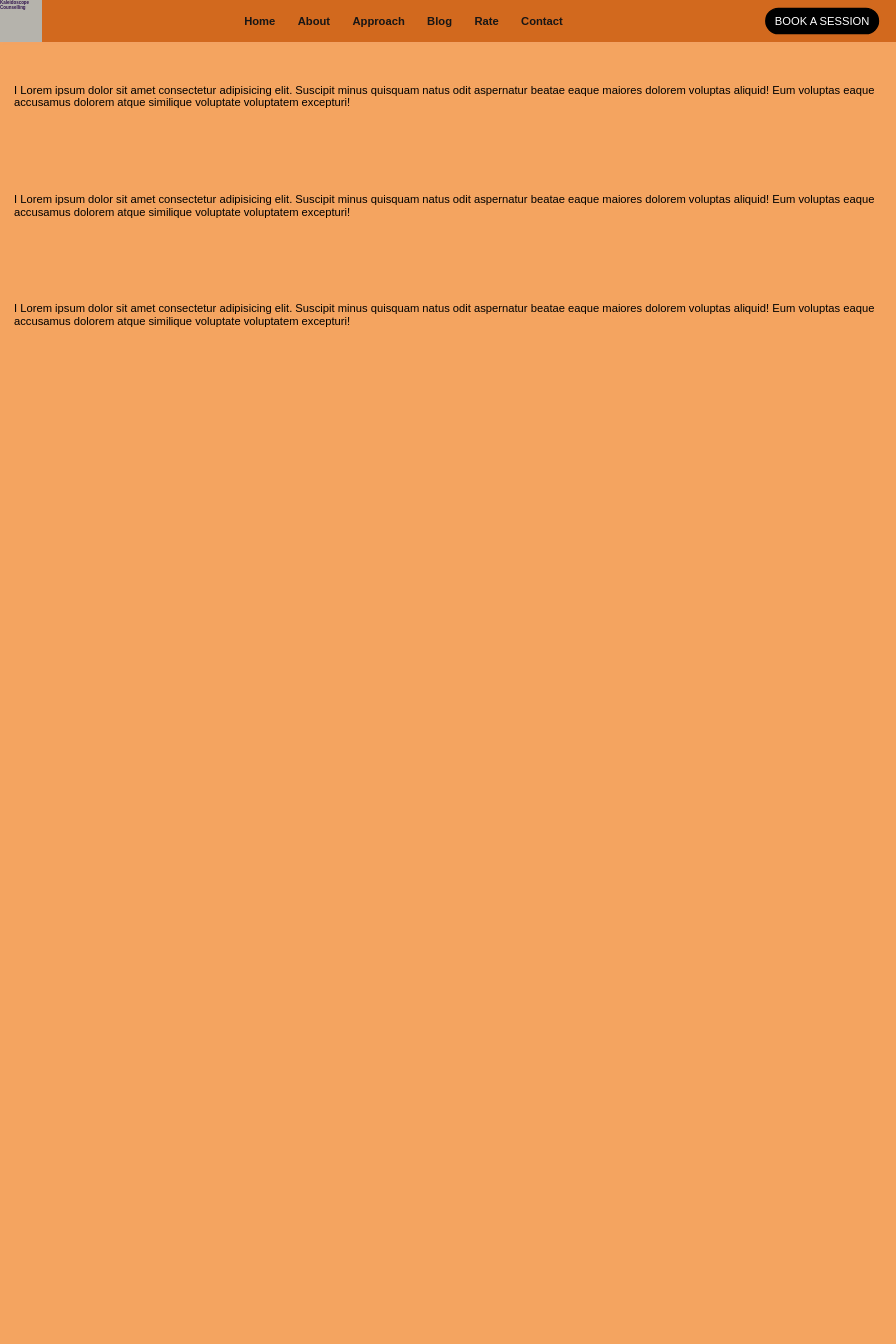
Repository: voutadi/Project1
Page: index.html
The author's editor kept a copy of each file at every save. The page is drawn from the files as they stood at one save, then again after a run of saves.
The browser window is 1280 px wide. The pictures show the part of the page from y = 0 to 1920 px (the page is 3120 px tall), at 70% of full size.

Above is the page before, as saved 2024-08-05 00:11:08.

### index.html
<!DOCTYPE html>
<html lang="en">
  <head>
    <meta charset="UTF-8" />
    <meta name="viewport" content="width=device-width, initial-scale=1.0" />
    <link rel="stylesheet" href="styles/style.css" />

    <title>Kaleidoscope Counselling</title>
  </head>
  <body>
    <header>
      <div class="logo-container">
        <div class="logo">
          Kaleidoscope <br />
          Counselling
        </div>
      </div>
      <nav class="navbar">
        <ul>
          <li><a href="#home">Home</a></li>
          <li><a href="https://www.psychologytoday.com/ca/therapists/ava-outadi-port-moody-bc/1111563">About</a></li>
          <li><a href="#approach">Approach</a></li>
          <li><a href="#blog">Blog</a></li>
          <li><a href="#rate">Rate</a></li>
          <li><a href="#contact">Contact</a></li>
        </ul>
      </nav>
      <button>BOOK A SESSION</button>
    </header>

    <p>
      I Lorem ipsum dolor sit amet consectetur adipisicing elit. Suscipit minus
      quisquam natus odit aspernatur beatae eaque maiores dolorem voluptas
      aliquid! Eum voluptas eaque accusamus dolorem atque similique voluptate
      voluptatem excepturi!
    </p>
    <p>
      I Lorem ipsum dolor sit amet consectetur adipisicing elit. Suscipit minus
      quisquam natus odit aspernatur beatae eaque maiores dolorem voluptas
      aliquid! Eum voluptas eaque accusamus dolorem atque similique voluptate
      voluptatem excepturi!
    </p>
    <p>
      I Lorem ipsum dolor sit amet consectetur adipisicing elit. Suscipit minus
      quisquam natus odit aspernatur beatae eaque maiores dolorem voluptas
      aliquid! Eum voluptas eaque accusamus dolorem atque similique voluptate
      voluptatem excepturi!
    </p>
  </body>
</html>

### styles/style.css
* {
  margin: 0;
  padding: 0;
  box-sizing: border-box;
}
body {
  background-color: rgb(244,164,96);
  height: 3000px;
  font-family: Arial, Helvetica, sans-serif;
  font-size: 1rem;
}
header {
  max-width: 100%; /*Make sure Take all of her parent element(body)on all different devices .*/
  height: 60px;
  position: fixed;
  top: 0;
  left: 0;
  right: 0;
  background-color: rgb(210,105,30);
  display: flex;
  justify-content: space-between;
  align-items: center;

  box-shadow: 0 2px 4px rgba(243, 172, 172, 0.15); /* Adds a subtle shadow for depth, optional */
}
.logo-container {
  width: 60px;; /* Put condition for smaller or biger divice*/
  background-color: rgb(181, 179, 172);
  height: 60px;
}
.logo {
  color: rgb(50, 21, 77);
  font-size: 0.4rem;
  font-weight: bold;
}

.navbar ul {
  display: flex;
  flex: 1;
  justify-content: center;
  list-style-type: none;
  flex-wrap: wrap;
}
.navbar li {
  margin: 1rem;
}
.navbar a {
  font-size: 1rem;
  color: rgb(23, 22, 22);
  font-weight: 700;

  text-decoration: none;
}
.navbar a:hover {
  background-color: rgb(184, 175, 175);
  padding: 5px 10px;
  border-radius: 16px;
  transition: 0.15s;
}

.navbar a:active {
  background-color: rgb(166, 162, 162);
  padding: 10px 10px;
  border-radius: 16px;
  transition: 0.15s;

}

button {
  background-color: black;
  color: white;

  font-size: 1rem;
  padding: 8px 12px;
  margin-right: 1.5rem;
  border-width: 2px;
  border-style: solid;
  border-radius: 20px;
  cursor: pointer;
}
button:hover {
  background-color: white;
  color: black;
  transition: 0.15s;
  padding: 12px 18px;
}
button:active {
  padding: 18px 24px;
}
p {
  margin-top: 120px;
  margin-left: 20px;
}
@media (max-width: 380px) {
  body {
    font-size: 0.4rem;/* Smaller font size */

  }
  button {
    font-size: 0.4rem;
    padding: 2px;
    margin-right: 0.4rem;
    border-radius: 8px;
  }
  button:hover {
    font-size: 0.4rem;
    padding: 2px;
  }
  button:active {
    padding: 3px;
  }
  .navbar li {
    margin: 0.2rem;
  }
  .navbar a {
    font-size: 0.5rem;
    margin: 0.2rem ;
  }
}


@media (max-width: 600px) {
  body {
    font-size: 0.5rem;
  } /* Smaller font size */
  button {
    font-size: 0.5rem;
    padding: 2px 4px;
    margin-right: 0.5rem;
    border-radius: 10px;
  }
  button:hover {
    font-size: 0.5rem;
    padding: 2px;
  }
  button:active {
    padding: 3px;
  }
  .navbar li {
    margin: 0.3rem;
  }
  .navbar a {
    font-size: 0.6rem;
  }
}
@media (min-width: 601px) and (max-width: 900px) {
  body {
    font-size: 0.75rem;
  } /* Smaller font size */
  button {
    font-size: 0.75rem;
    padding: 2px 4px;
    margin-right: 0.75rem;
    border-radius: 10px;
  }
  button:hover {
    font-size: 0.75rem;
    padding: 2px;
  }
  button:active {
    padding: 3px;
  }
  .navbar li {
    margin: 0.5rem;
  }
  .navbar a {
    font-size: 0.8rem;
  }
}

After the next 6 saves:
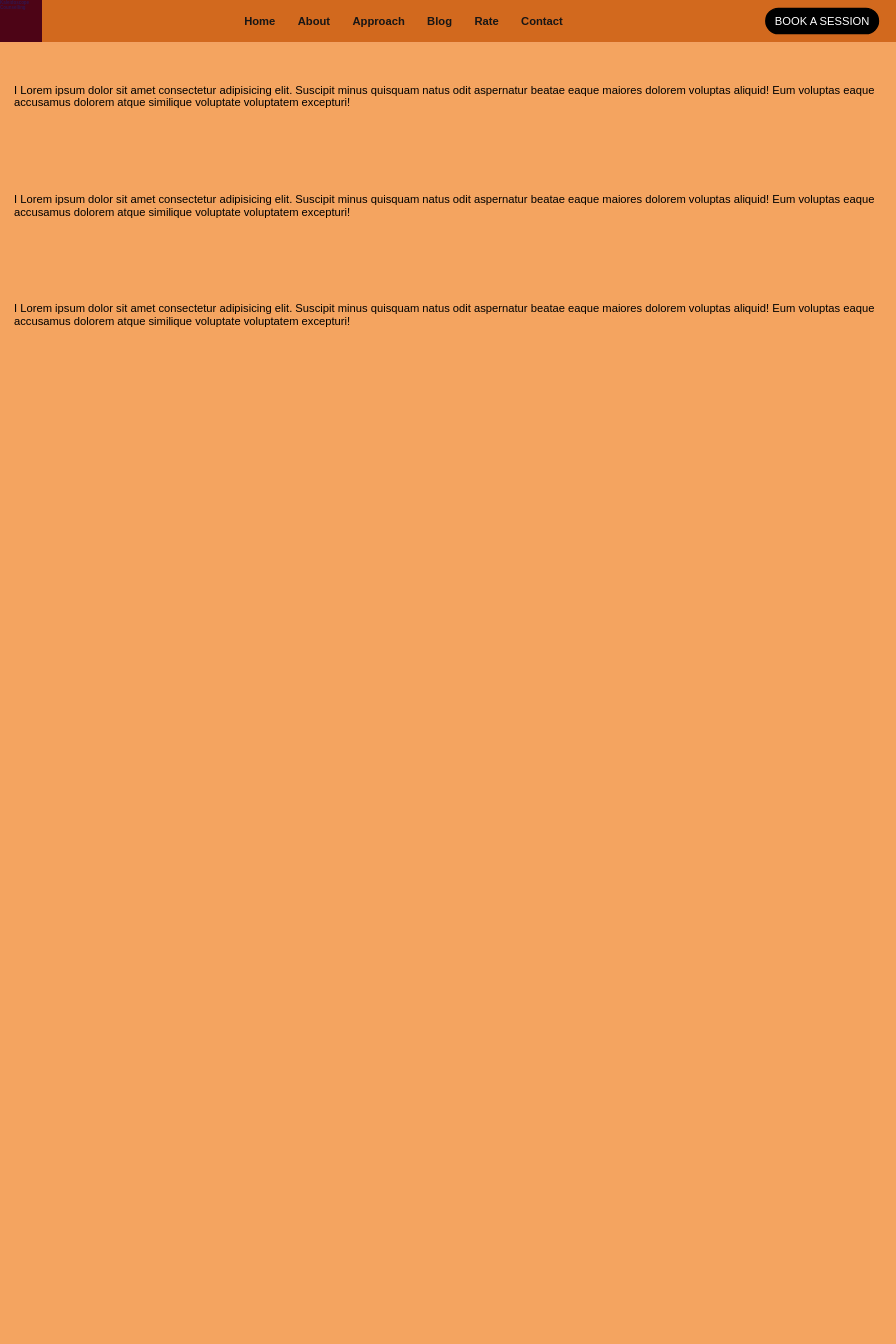
The 6 saves are shown as one change because they came seconds apart.
The last was saved 102 s later.
--- a/styles/style.css
+++ b/styles/style.css
@@ -25,7 +25,7 @@ header {
 }
 .logo-container {
   width: 60px;; /* Put condition for smaller or biger divice*/
-  background-color: rgb(181, 179, 172);
+  background-color: rgb(77, 4, 22);
   height: 60px;
 }
 .logo {
